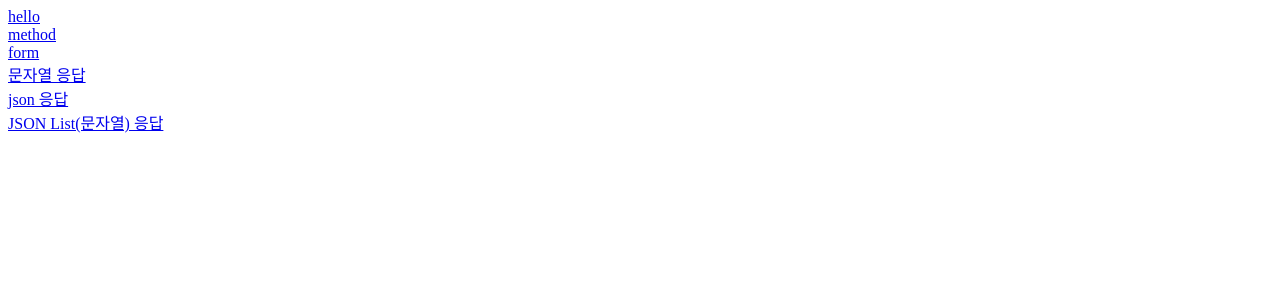
Repository: HyeonJong1101/spring
Page: http://localhost/spring-mvc/
These files come from the project's save history. The page is drawn as it stood at one moment and after the next save; the edit follows.
The browser window is 1280 px wide. The pictures show the whole page.
The page is served by Tomcat 9.

Above is the page before, as saved 2023-07-20 08:48:00.

After the next save:
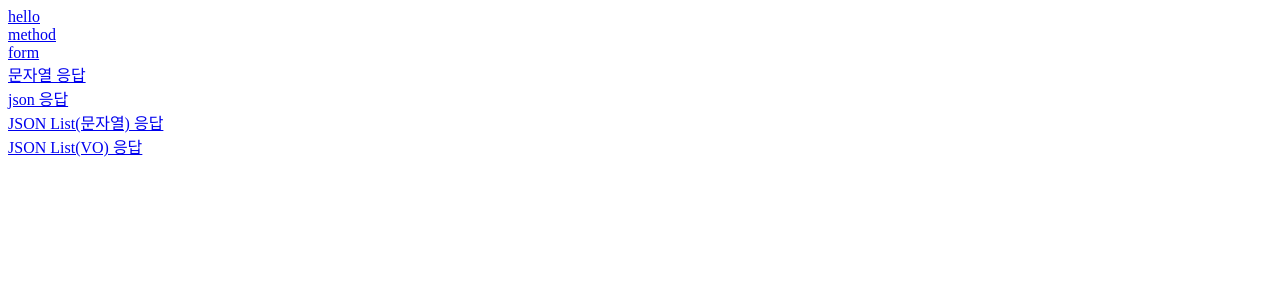
Saved 66 s later.
--- a/spring-mvc/src/main/webapp/index.jsp
+++ b/spring-mvc/src/main/webapp/index.jsp
@@ -29,6 +29,10 @@
  	<br>
  	<a href="<%=request.getContextPath() %>/ajax/resStringListBody.json">
  		JSON List(문자열) 응답
- </a><br />
+ 	</a>
+ 	<br>
+ 	<a href="<%=request.getContextPath() %>/ajax/resVOListBody.json">
+ JSON List(VO) 응답
+ </a>
 </body>
 </html>
